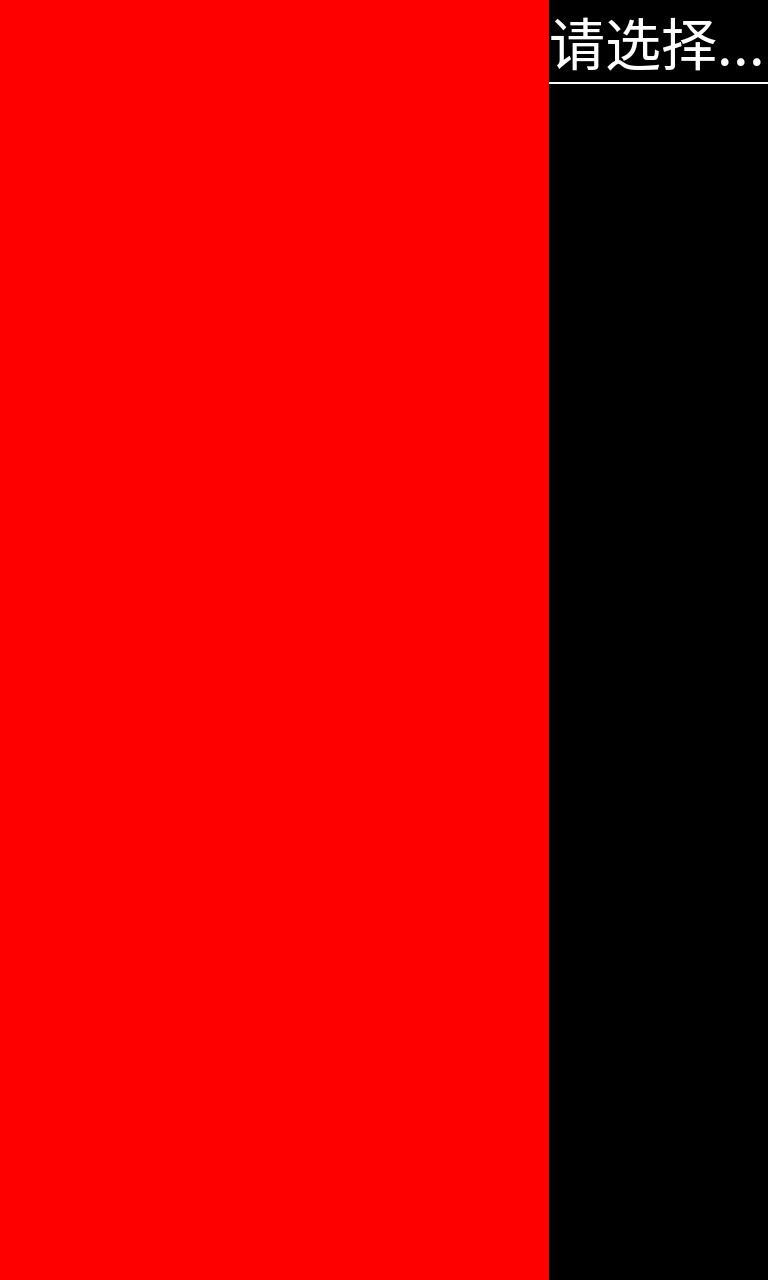
Repository: hhxiaojQCS/QCS_ListView
Layout: QCS/res/layout/activity_filter.xml
The author's editor kept a copy of each file at every save. The layout is drawn from the files as they stood at one save, then again after the next save.
It is drawn on a 768 x 1280 px phone screen (xhdpi) without system bars, with theme AppTheme; the app's code is not run. Lists and similar views that code fills are empty.

Above is the layout before, as saved 2013-08-07 08:19:41.

After the next save:
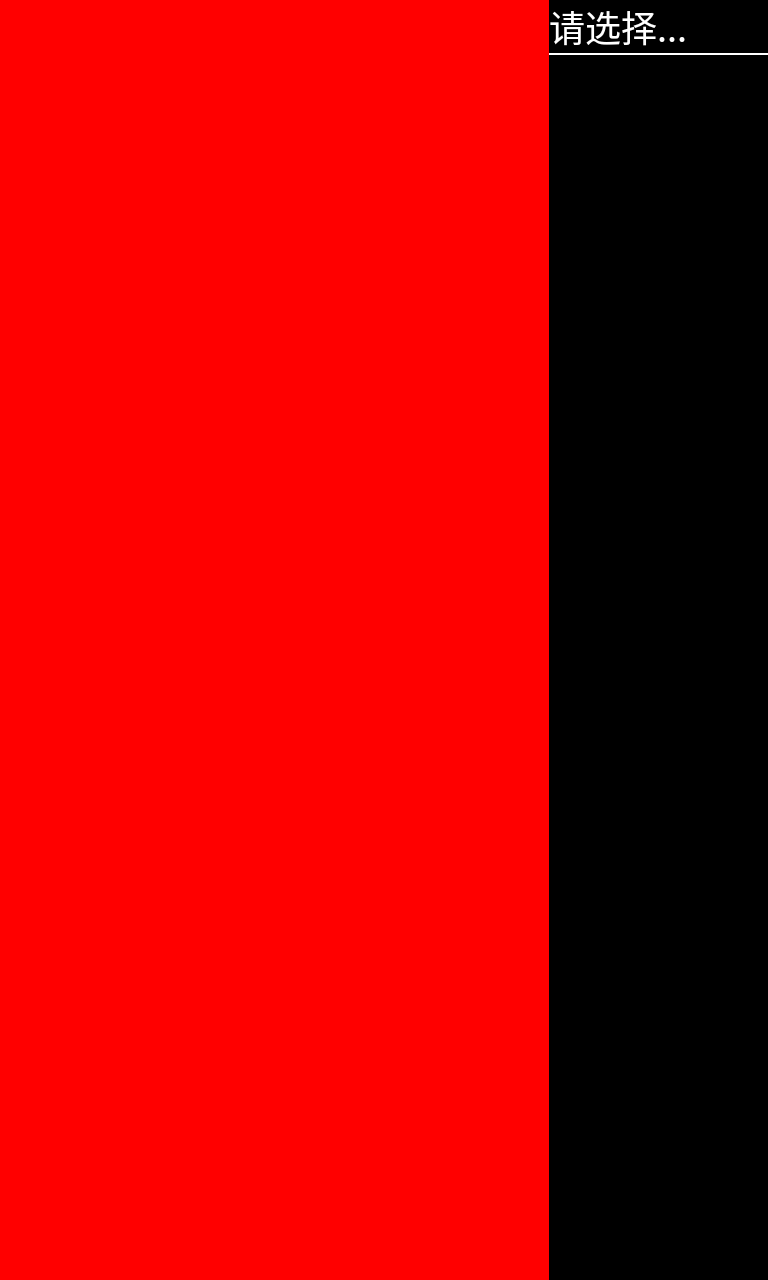
Saved 7 s later.
--- a/QCS/res/layout/activity_filter.xml
+++ b/QCS/res/layout/activity_filter.xml
@@ -37,7 +37,7 @@
                 android:layout_height="wrap_content"
                 android:text="请选择..."
                 android:textColor="#FFFFFF"
-                android:textSize="28sp" />
+                android:textSize="18sp" />
 
             <View
                 android:layout_width="fill_parent"
